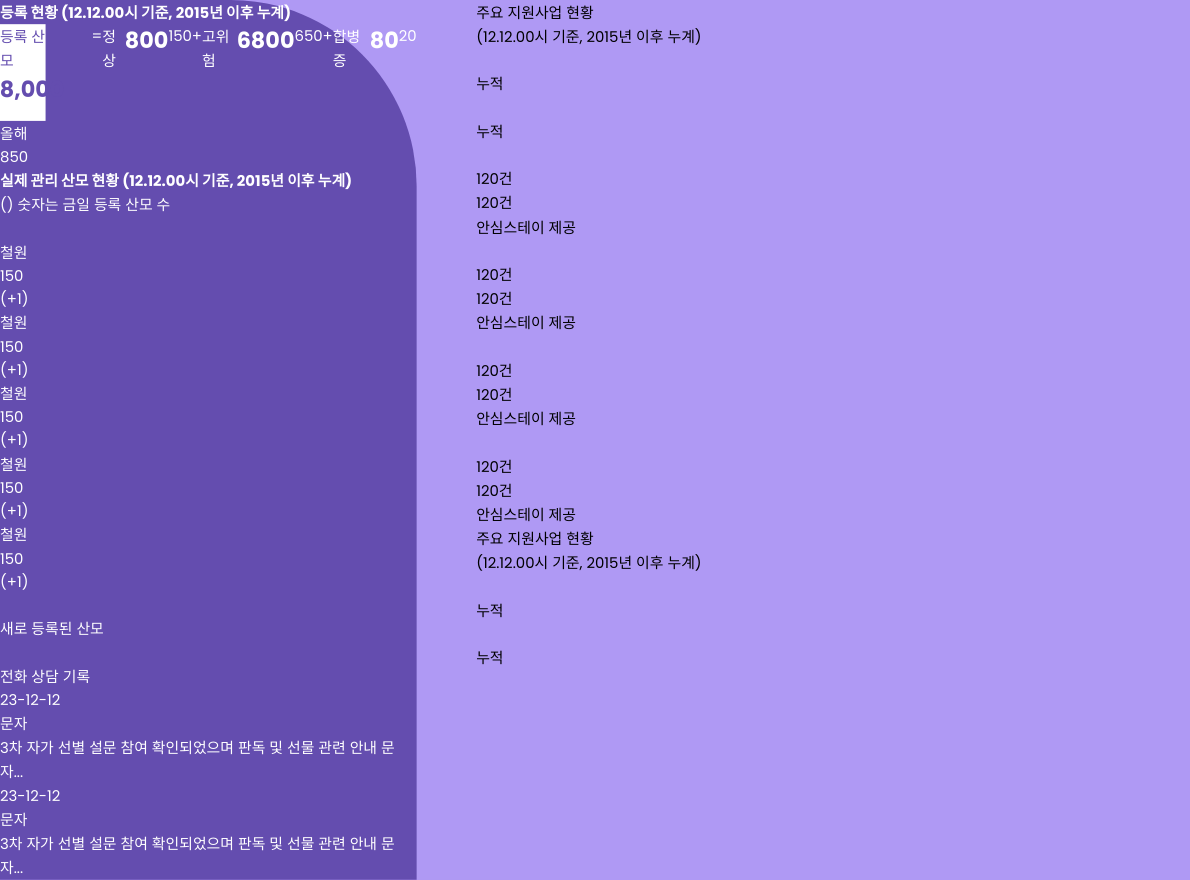
Repository: giapchicuong/Perganancy_Web
Page: index.html
The author's editor kept a copy of each file at every save. The page is drawn from the files as they stood at one save, then again after the next save.
The browser window is 1280 px wide. The pictures show the whole page, at 93% of full size.

Above is the page before, as saved 2024-03-06 12:58:19.

After the next save:
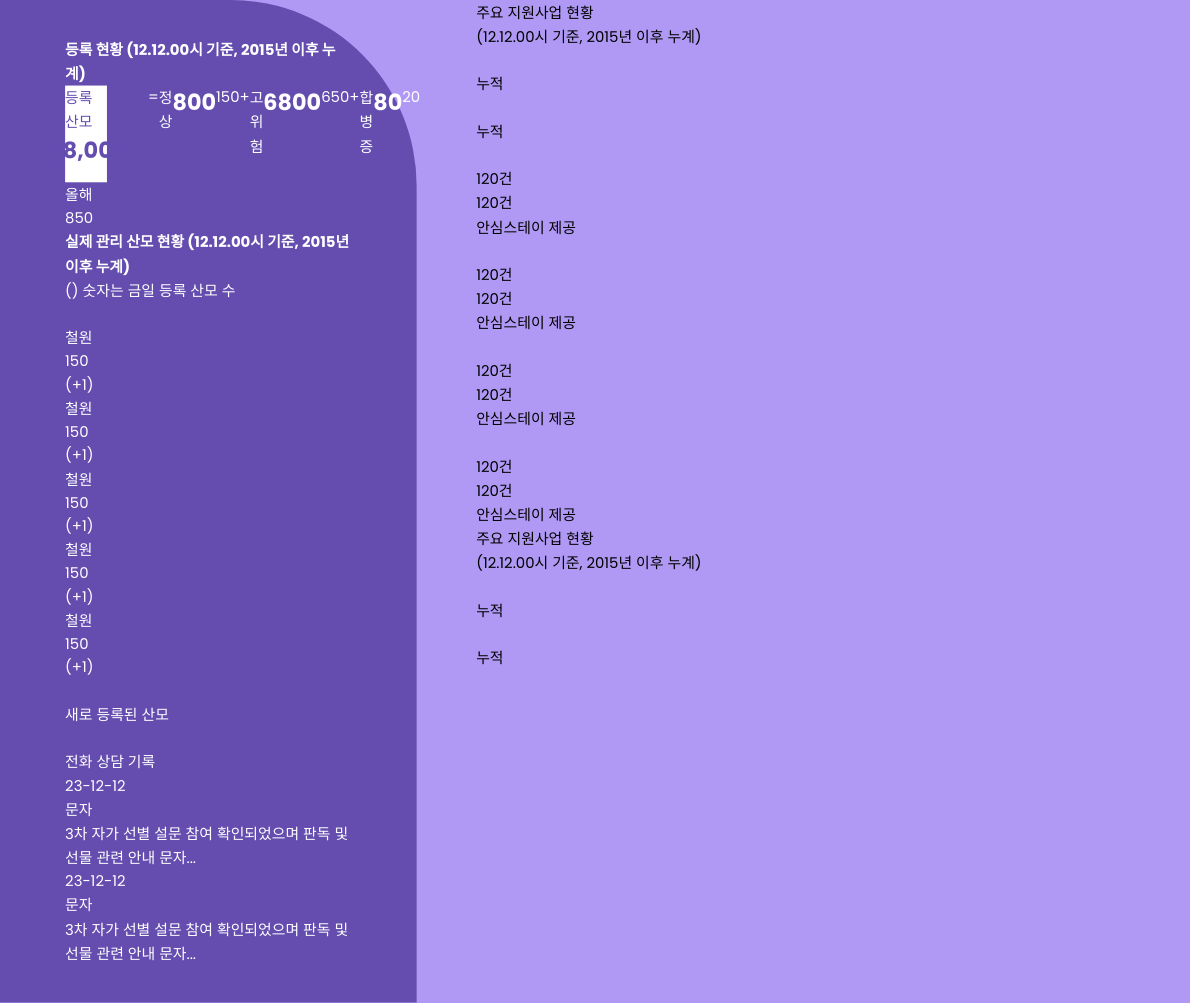
Saved 70 s later.
--- a/assets/style.css
+++ b/assets/style.css
@@ -13,6 +13,7 @@
     background-color: var(--primary);
     border-top-right-radius: 200px 200px;
     color: var(--white);
+    padding: 40px 70px;
 }
 .advertising-left__title{
     font-weight: bold;
